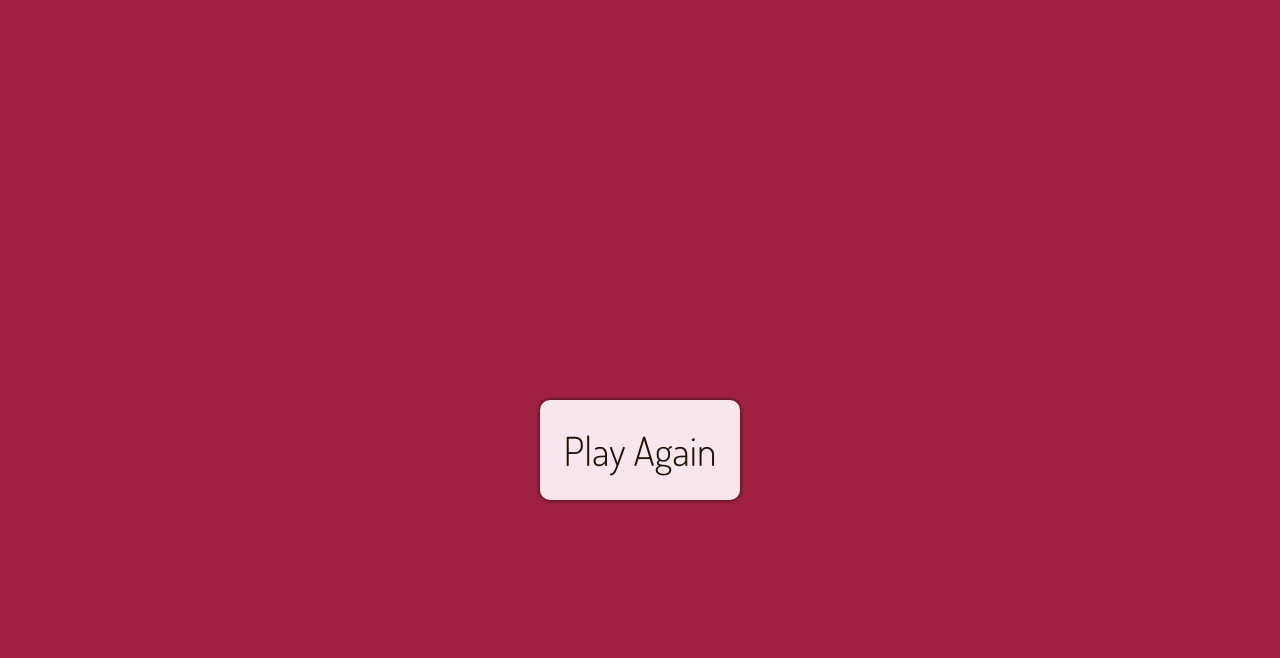
Repository: shayanabedi98/rock-paper-scissors
Page: winner.html
An editor plug-in stored every save of this project. The page is shown before and after the next save, followed by the edit.
The browser window is 1280 px wide. The pictures show the whole page.

Above is the page before, as saved 2023-07-14 02:35:30.
Console error: TypeError: Cannot read properties of null (reading 'addEventListener')

### winner.html
<!DOCTYPE html>
<html lang="en">
<head>
    <meta charset="UTF-8">
    <meta name="viewport" content="width=device-width, initial-scale=1.0">
    <title>Rock, Paper, Scissors</title>
    <link rel="preconnect" href="https://fonts.googleapis.com">
    <link rel="preconnect" href="https://fonts.gstatic.com" crossorigin>
    <link href="https://fonts.googleapis.com/css2?family=Dosis:wght@300&display=swap" rel="stylesheet">
    <link rel="stylesheet" href="styles.css">
</head>
<body>
    <div class="winner">
        <h1 class="winner-header"></h1>
        <button onclick="playAgain()">Play Again</button>
    </div>
    <script src="index.js"></script>
</body>

### styles.css
body {
    font-family:'Dosis', sans-serif;
    margin: 0;
    padding: 0;
    background-color: #9F2042;
    color: #F8E5EE;
}

h1 {
    font-size: 60px;
    margin-top: 0;

}

.header {
    text-align: center;
    background-color: #7B0D1E;
    height: 120px;
    padding-top: 30px;
    box-shadow: 0 0 10px 0 #211103;
}

.caption {
    text-align: center;
    font-size: 30px;
}

.container {
    text-align: center;
    display: block;
    margin-top: 40px;
}

.card {
    display: inline-block;
    background-color: #F8E5EE;
    box-shadow: 0 0 8px 0 #211103;
    margin: 0 40px;
    border-radius: 10px 10px 20px 20px;
}

.card img {
    height: 350px;
    width: 345px;
}

.card h3 {
    font-size: 40px;
    color: #F8E5EE;
    background-color: #3D1308;
    margin-bottom: 0;
    height: 70px;
    padding-top: 10px;
    border-radius: 0  0 10px 10px;
}

.button-container {
    text-align: center;
    margin-top: 50px;
}

#rock, #paper, #scissors {
    font-family: 'Dosis', sans-serif;
    background-color: #F8E5EE;
    color: #211103;
    width: 110px;
    height: 100px;
    cursor: pointer;
    border: 0;
    border-radius: 10px;
    box-shadow: 0 0 4px 0 #211103;
    margin: 0 10px;
}

#rock img, #paper img, #scissors img {
    height: 100px;
}

#rock:hover, #paper:hover, #scissors:hover {
    box-shadow: 0 0 10px 0 #211103;
}

#rock:active, #paper:active, #scissors:active, #rock img:active, #paper img:active, #scissors img:active {
    box-shadow: none;
    height: 99px;
}

.winner {
    text-align: center;
    margin-top: 350px;
}

.winner button {
    font-family: 'Dosis', sans-serif;
    font-size: 40px;
    font-family: 'Dosis', sans-serif;
    background-color: #F8E5EE;
    color: #211103;
    width: 200px;
    height: 100px;
    cursor: pointer;
    border: 0;
    border-radius: 10px;
    box-shadow: 0 0 4px 0 #211103;
    margin-top: 50px;
}

### index.js
var scoreP = 0;
var scoreC = 0;
var winner = document.querySelector('.winner h1');
var caption = document.querySelector('.caption h2');
var rock = document.querySelector('#rock');
var paper = document.querySelector('#paper');
var scissors = document.querySelector('#scissors');
var computer = document.querySelector('.computer img');
var player = document.querySelector('.player img');
var btn = document.querySelectorAll('.btn');
var playerPick;
var computerPick;

function rng() {
    return Math.floor(Math.random() * 3) + 1;
};

rock.addEventListener('click', function() {
    player.src = 'resources/rockleft.png';
    playerPick = 'rock';
});
paper.addEventListener('click', function() {
    player.src = 'resources/paperleft.png';
    playerPick = 'paper';
});
scissors.addEventListener('click', function() {
    player.src = 'resources/scissorsleft.png';
    playerPick = 'scissors';
});

for (let i = 0; i < btn.length; i ++){
    btn[i].addEventListener('click', function() {
        rng();
        if (rng() === 1) {
            computer.src = 'resources/rock.png';
            computerPick = 'rock';
        } else if (rng() === 2) {
            computer.src = 'resources/paper.png';
            computerPick = 'paper';
        } else if (rng() === 3) {
            computer.src = 'resources/scissors.png';
            computerPick = 'scissors';
        }

        if (playerPick === computerPick) {
            caption.innerHTML = 'Tie!';
        }

        else if ((playerPick === 'rock' && computerPick === 'paper') || (playerPick === 'scissors' && computerPick === 'rock') || (playerPick === 'paper' && computerPick === 'scissors')) {
            caption.innerHTML = 'Point for Computer!';
            scoreC ++;
        }

        else if ((playerPick === 'rock' && computerPick === 'scissors') || (playerPick === 'scissors' && computerPick === 'paper') || (playerPick === 'paper' && computerPick === 'rock')) {
            caption.innerHTML = 'Point for Player!';
            scoreP ++;
        }

        document.querySelector('.player h3').innerHTML = 'Player: ' + scoreP;
        document.querySelector('.computer h3').innerHTML = 'Computer: ' + scoreC;

        if (scoreC === 3) {
            window.location.replace('./winner.html');
        } else if (scoreP === 3) {
            window.location.replace('./winner.html');
        }
    });
};

function playAgain() {
    window.location.replace('./index.html');
}

After the next save:
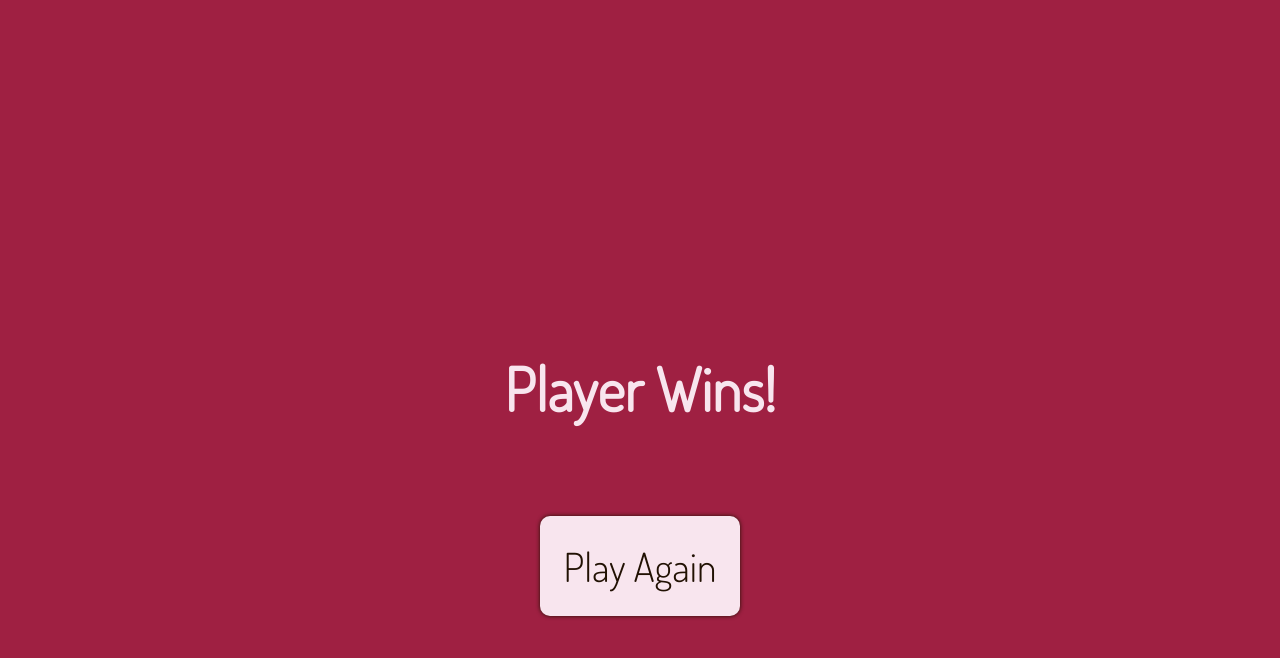
Saved 16 h 43 min later.
--- a/winner.html
+++ b/winner.html
@@ -11,7 +11,7 @@
 </head>
 <body>
     <div class="winner">
-        <h1 class="winner-header"></h1>
+        <h1 class="winner-header">Player Wins!</h1>
         <button onclick="playAgain()">Play Again</button>
     </div>
     <script src="index.js"></script>
